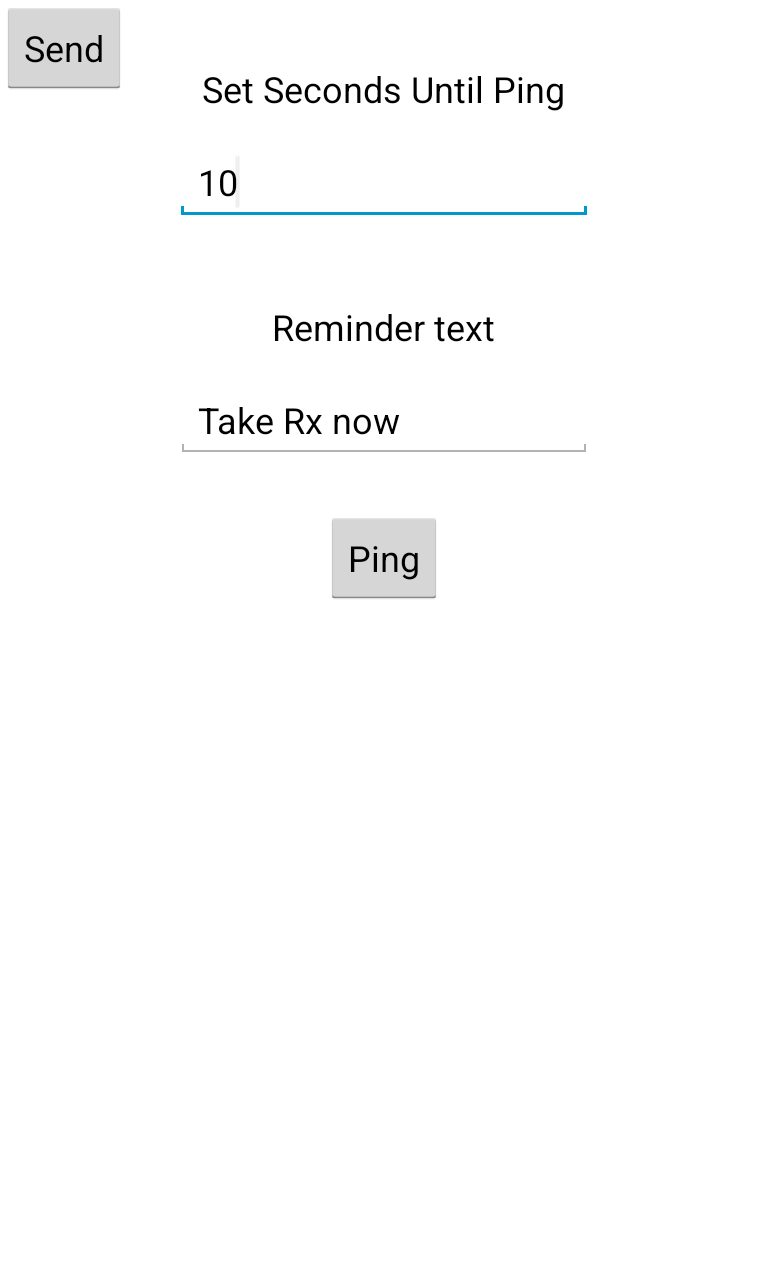
Repository: NewDay320/Lumos
Layout: src/Lumos/branches/mzTest2/res/layout/activity_main.xml
The author's editor kept a copy of each file at every save. The layout is drawn from the files as they stood at one save, then again after the next save.
It is drawn on a 768 x 1280 px phone screen (xhdpi) without system bars, with theme AppTheme; the app's code is not run.

Above is the layout before, as saved 2014-03-17 19:25:15.

### src/Lumos/branches/mzTest2/res/layout/activity_main.xml
<RelativeLayout xmlns:android="http://schemas.android.com/apk/res/android"
    xmlns:tools="http://schemas.android.com/tools"
    android:layout_width="match_parent"
    android:layout_height="match_parent"
    android:orientation="horizontal" >

    <EditText
        android:id="@+id/edit_message"
        android:layout_width="0dp"
        android:layout_height="wrap_content"
        android:layout_weight="1"
        android:hint="@string/edit_message" />

    <Button
        android:layout_width="wrap_content"
        android:layout_height="wrap_content"
        android:onClick="sendMessage"
        android:text="@string/button_send" />

    <TextView
        android:id="@+id/seconds_view"
        android:layout_width="wrap_content"
        android:layout_height="wrap_content"
        android:layout_alignParentTop="true"
        android:layout_centerHorizontal="true"
        android:layout_marginTop="32dp"
        android:text="@string/ping_text"
        android:textAppearance="?android:attr/textAppearanceMedium" />

    <EditText
        android:id="@+id/edit_seconds"
        android:layout_width="wrap_content"
        android:layout_height="wrap_content"
        android:layout_below="@+id/seconds_view"
        android:layout_centerHorizontal="true"
        android:layout_marginTop="15dp"
        android:ems="10"
        android:inputType="numberSigned"
        android:text="@string/seconds_default" >

        <requestFocus />
    </EditText>

    <TextView
        android:id="@+id/reminder_view"
        android:layout_width="wrap_content"
        android:layout_height="wrap_content"
        android:layout_below="@+id/edit_seconds"
        android:layout_centerHorizontal="true"
        android:layout_marginTop="40dp"
        android:text="@string/reminder_label"
        android:textAppearance="?android:attr/textAppearanceMedium" />

    <EditText
        android:id="@+id/edit_reminder"
        android:layout_width="wrap_content"
        android:layout_height="wrap_content"
        android:layout_alignLeft="@+id/edit_seconds"
        android:layout_below="@+id/reminder_view"
        android:layout_marginTop="15dp"
        android:ems="10"
        android:inputType="textMultiLine"
        android:text="@string/reminder_text" />

    <Button
        android:id="@+id/ping_button"
        style="?android:attr/buttonStyleSmall"
        android:layout_width="wrap_content"
        android:layout_height="wrap_content"
        android:layout_below="@+id/edit_reminder"
        android:layout_centerHorizontal="true"
        android:layout_marginTop="25dp"
        android:onClick="onPingClick"
        android:text="@string/ping"
        android:textAppearance="?android:attr/textAppearanceMedium" />

</RelativeLayout>

### src/Lumos/branches/mzTest2/res/values/strings.xml
<?xml version="1.0" encoding="utf-8"?>
<resources>

    <string name="app_name">Lumos</string>
    <string name="action_settings">Settings</string>
    <string name="hello_world">hello world ks</string>
    <string name="title_activity_mztest">MZTestActivity</string>
    <string name="mz_menu_text">Nipples The Cat</string>
    <string name="button_send">Send</string>
    <string name="edit_message">Enter a message</string>
    <string name="title_activity_display_message">My Message</string>
    <string name="notification">Ping Notification</string>
    <string name="label">Ping Me</string>

    <!-- buttons -->
    <string name="ping">Ping</string>
    <string name="snooze">Snooze</string>
    <string name="dismiss">Dismiss</string>

    <!-- alert stuff -->
    <string name="ping_text">Set Seconds Until Ping</string>
    <string name="done_snoozing">Done Snoozing</string>
    <string name="seconds_default">10</string>
    <string name="reminder_label">Reminder text</string>
    <string name="reminder_text">Take Rx now</string>

    <!-- logging -->
    <string name="snoozing">Snoozing!</string>
    <string name="timer_start">Setting the timer</string>
    <string name="sleep_error">Sleep failure</string>
    <string name="timer_finished">Timer finished</string>
</resources>

Loaded but not shown: src/Lumos/branches/mzTest2/res/values/styles.xml (common file); src/Lumos/branches/mzTest2/res/values-v11/styles.xml (common file); src/Lumos/branches/mzTest2/res/values-v14/styles.xml (common file)

After the next save:
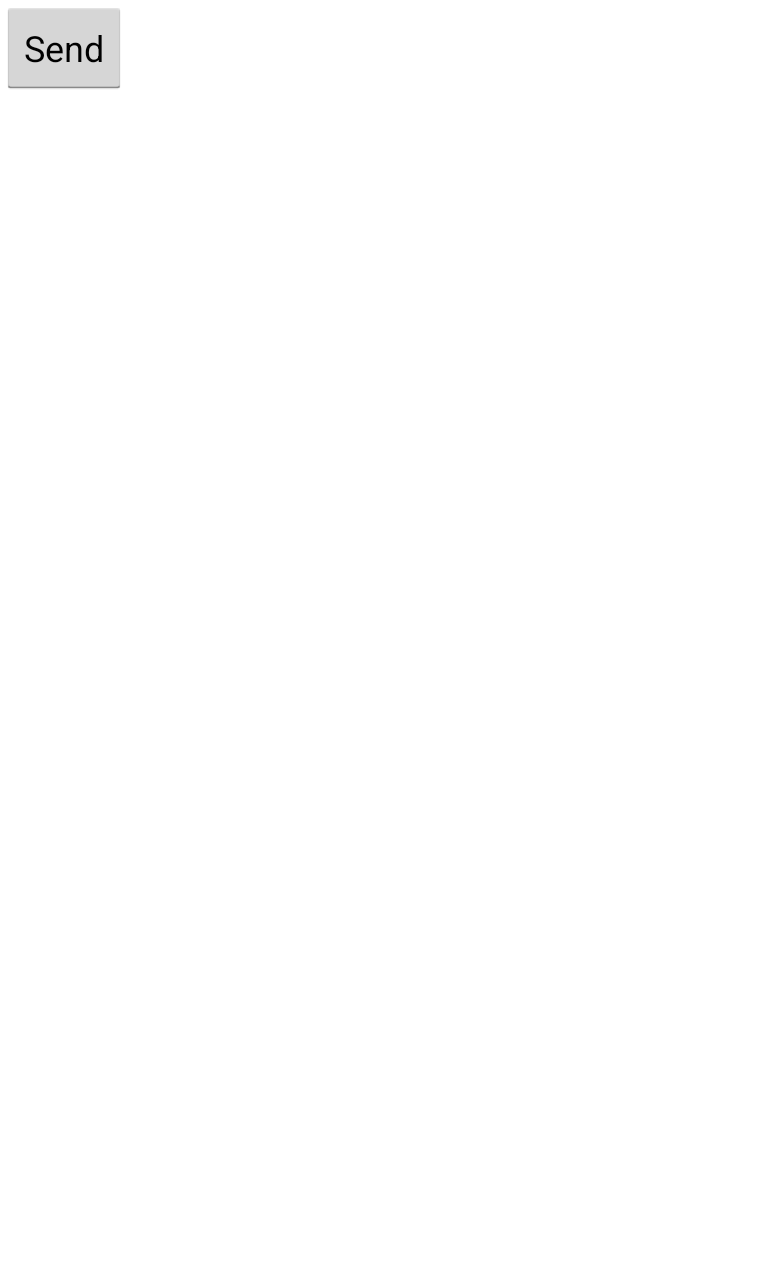
Saved 2 s later.
--- a/src/Lumos/branches/mzTest2/res/layout/activity_main.xml
+++ b/src/Lumos/branches/mzTest2/res/layout/activity_main.xml
@@ -17,61 +17,4 @@
         android:onClick="sendMessage"
         android:text="@string/button_send" />
 
-    <TextView
-        android:id="@+id/seconds_view"
-        android:layout_width="wrap_content"
-        android:layout_height="wrap_content"
-        android:layout_alignParentTop="true"
-        android:layout_centerHorizontal="true"
-        android:layout_marginTop="32dp"
-        android:text="@string/ping_text"
-        android:textAppearance="?android:attr/textAppearanceMedium" />
-
-    <EditText
-        android:id="@+id/edit_seconds"
-        android:layout_width="wrap_content"
-        android:layout_height="wrap_content"
-        android:layout_below="@+id/seconds_view"
-        android:layout_centerHorizontal="true"
-        android:layout_marginTop="15dp"
-        android:ems="10"
-        android:inputType="numberSigned"
-        android:text="@string/seconds_default" >
-
-        <requestFocus />
-    </EditText>
-
-    <TextView
-        android:id="@+id/reminder_view"
-        android:layout_width="wrap_content"
-        android:layout_height="wrap_content"
-        android:layout_below="@+id/edit_seconds"
-        android:layout_centerHorizontal="true"
-        android:layout_marginTop="40dp"
-        android:text="@string/reminder_label"
-        android:textAppearance="?android:attr/textAppearanceMedium" />
-
-    <EditText
-        android:id="@+id/edit_reminder"
-        android:layout_width="wrap_content"
-        android:layout_height="wrap_content"
-        android:layout_alignLeft="@+id/edit_seconds"
-        android:layout_below="@+id/reminder_view"
-        android:layout_marginTop="15dp"
-        android:ems="10"
-        android:inputType="textMultiLine"
-        android:text="@string/reminder_text" />
-
-    <Button
-        android:id="@+id/ping_button"
-        style="?android:attr/buttonStyleSmall"
-        android:layout_width="wrap_content"
-        android:layout_height="wrap_content"
-        android:layout_below="@+id/edit_reminder"
-        android:layout_centerHorizontal="true"
-        android:layout_marginTop="25dp"
-        android:onClick="onPingClick"
-        android:text="@string/ping"
-        android:textAppearance="?android:attr/textAppearanceMedium" />
-
 </RelativeLayout>

After the 4 saves that followed:
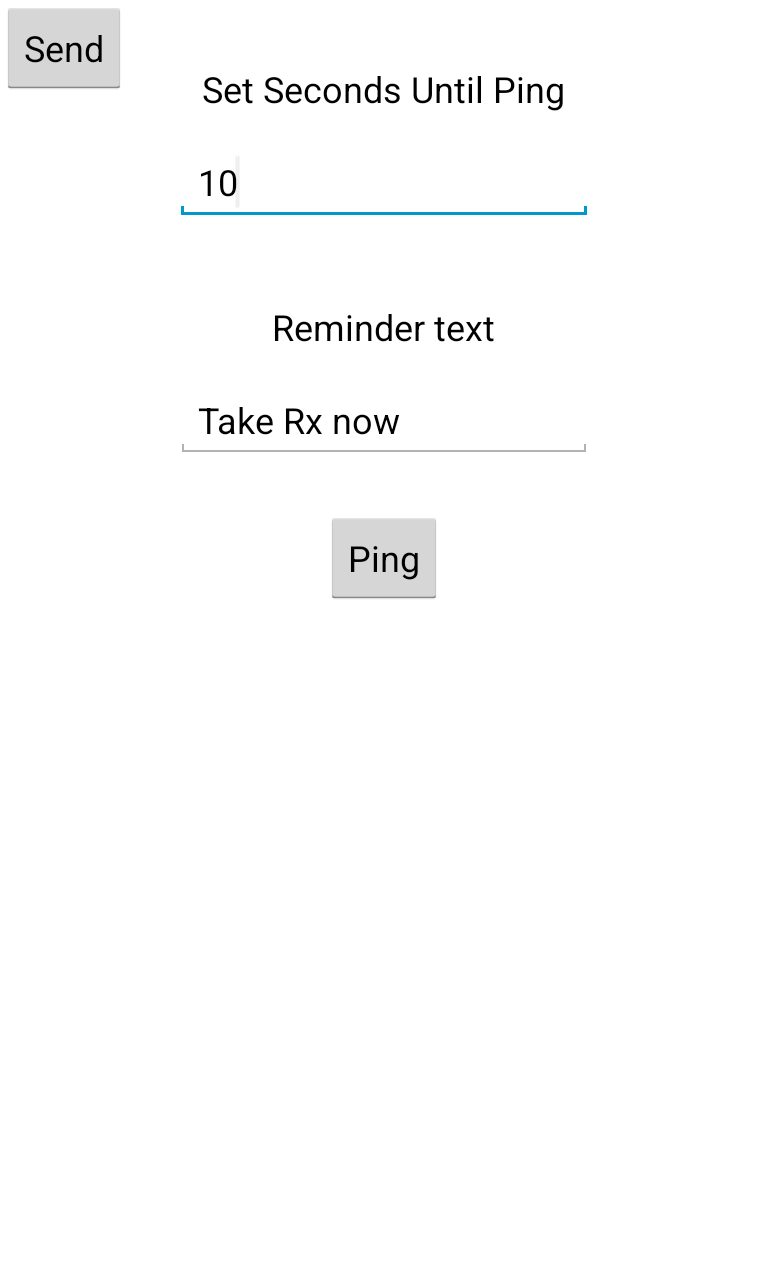
The 4 saves are shown as one change because 2 did not build or start and some came seconds apart.
The last was saved 2 min 21 s later.
--- a/src/Lumos/branches/mzTest2/res/layout/activity_main.xml
+++ b/src/Lumos/branches/mzTest2/res/layout/activity_main.xml
@@ -17,4 +17,62 @@
         android:onClick="sendMessage"
         android:text="@string/button_send" />
 
+    <!--  ping  -->
+    <TextView
+        android:id="@+id/seconds_view"
+        android:layout_width="wrap_content"
+        android:layout_height="wrap_content"
+        android:layout_alignParentTop="true"
+        android:layout_centerHorizontal="true"
+        android:layout_marginTop="32dp"
+        android:textAppearance="?android:attr/textAppearanceMedium"
+        android:text="@string/ping_text" />
+
+    <EditText
+        android:id="@+id/edit_seconds"
+        android:layout_width="wrap_content"
+        android:layout_height="wrap_content"
+        android:layout_below="@+id/seconds_view"
+        android:layout_centerHorizontal="true"
+        android:layout_marginTop="15dp"
+        android:ems="10"
+        android:text="@string/seconds_default"
+        android:inputType="numberSigned">
+
+        <requestFocus />
+    </EditText>
+
+    <TextView
+        android:id="@+id/reminder_view"
+        android:layout_width="wrap_content"
+        android:layout_height="wrap_content"
+        android:layout_below="@+id/edit_seconds"
+        android:layout_centerHorizontal="true"
+        android:layout_marginTop="40dp"
+        android:textAppearance="?android:attr/textAppearanceMedium"
+        android:text="@string/reminder_label" />
+
+    <EditText
+        android:id="@+id/edit_reminder"
+        android:layout_width="wrap_content"
+        android:layout_height="wrap_content"
+        android:layout_alignLeft="@+id/edit_seconds"
+        android:layout_below="@+id/reminder_view"
+        android:layout_marginTop="15dp"
+        android:ems="10"
+        android:text="@string/reminder_text"
+        android:inputType="textMultiLine" />
+
+    <Button
+        android:id="@+id/ping_button"
+        style="?android:attr/buttonStyleSmall"
+        android:layout_width="wrap_content"
+        android:layout_height="wrap_content"
+        android:layout_below="@+id/edit_reminder"
+        android:layout_centerHorizontal="true"
+        android:layout_marginTop="25dp"
+        android:textAppearance="?android:attr/textAppearanceMedium"
+        android:onClick="onPingClick"
+        android:text="@string/ping" />
+
 </RelativeLayout>
